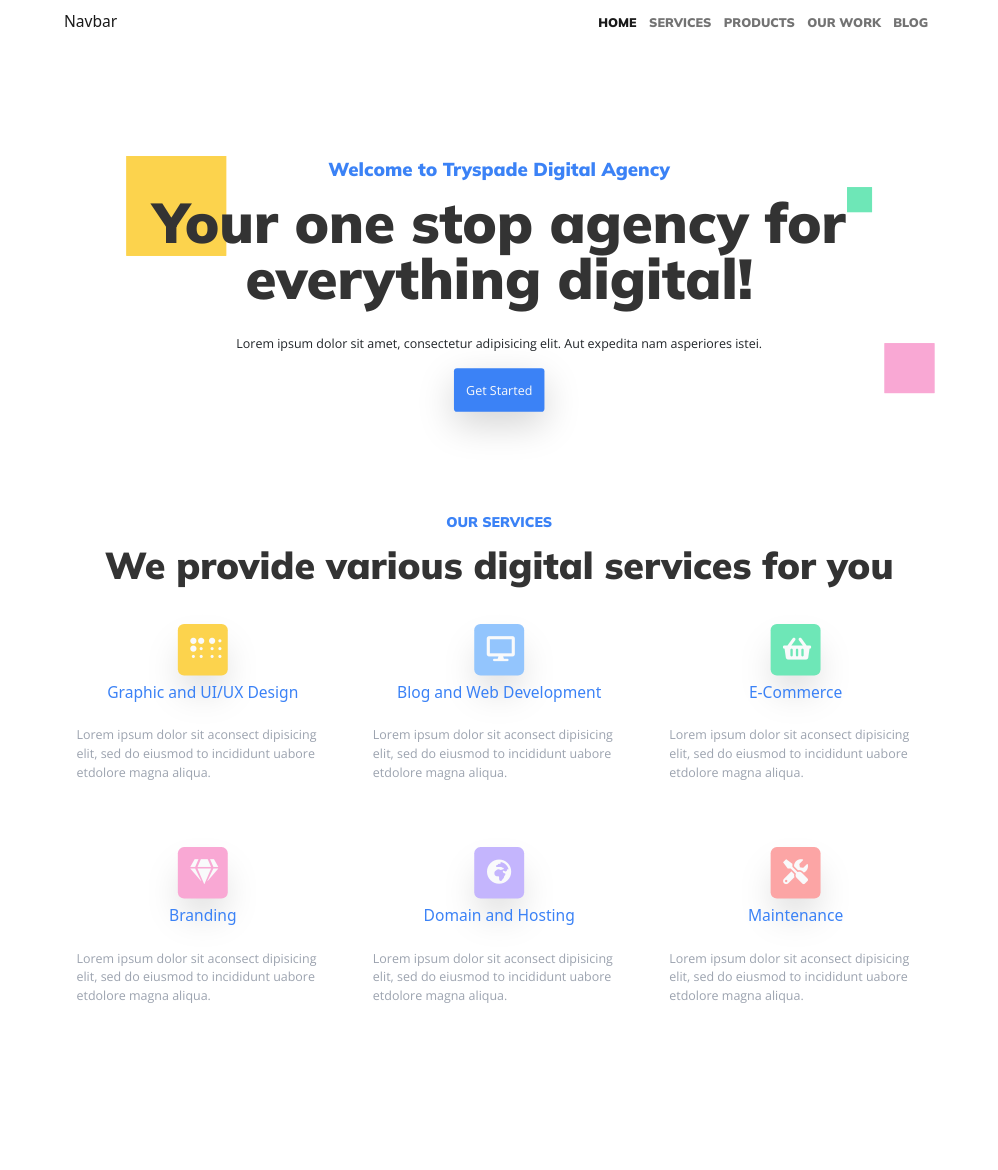
Repository: latenightsnacc/super-octo-fortnight
Page: index.html
An editor plug-in stored every save of this project. The page is shown before and after the next save, followed by the edit.
The browser window is 1280 px wide. The pictures show the whole page, at 78% of full size.
Some web libraries are served in a nearby version. The style sheet was rebuilt from its Sass, Less or Tailwind sources for each picture, by a compiler version that may differ from the author's.

Above is the page before, as saved 2021-01-29 14:07:11.

After the next save:
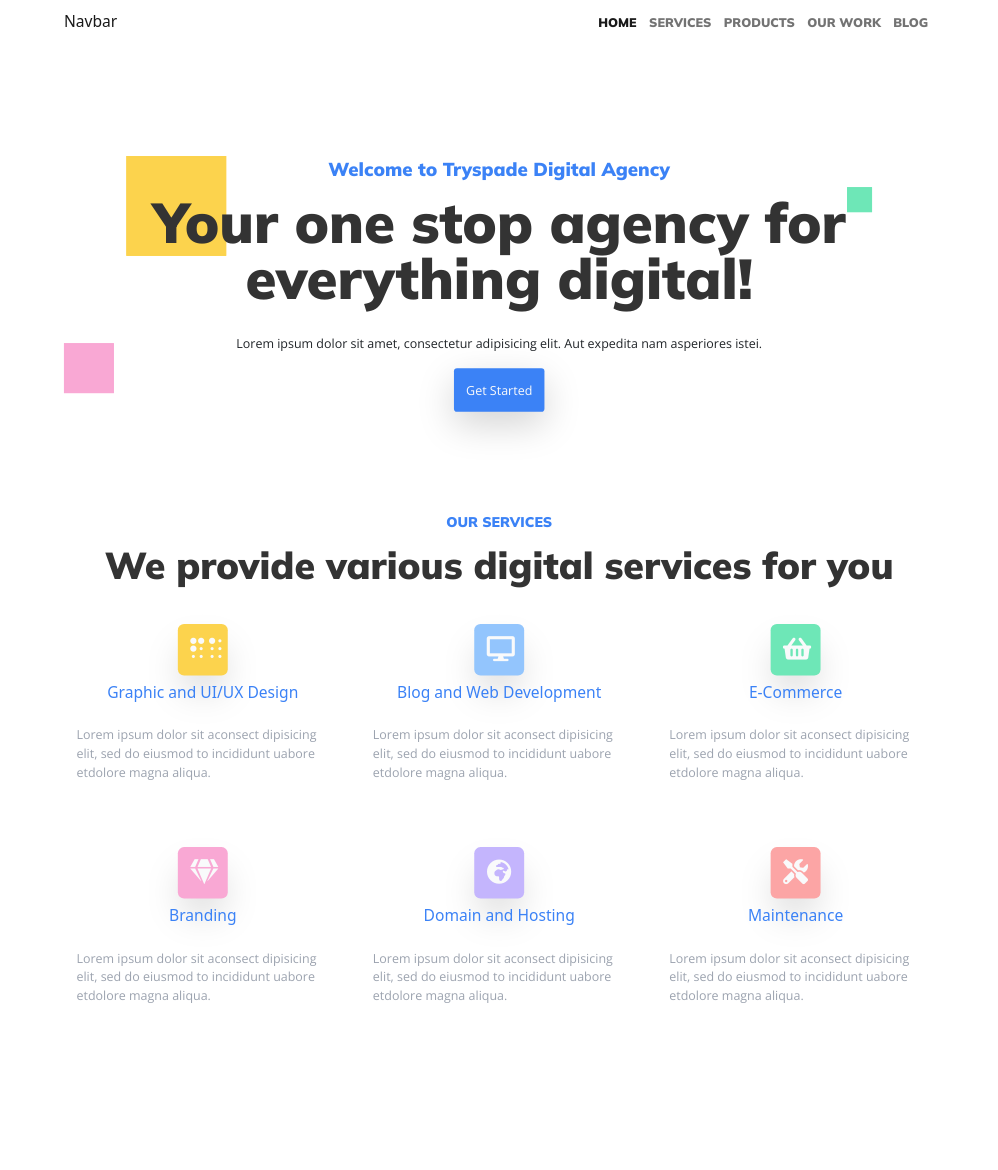
Saved 12 s later.
--- a/index.html
+++ b/index.html
@@ -66,7 +66,7 @@
                         <div class="z-0 border-2 border-green-300 bg-green-300 w-8 h-8"></div>
                     </div>
 
-                    <div class="absolute top-60 right-0">
+                    <div class="absolute top-60 left-0">
                         <div class="z-0 border-2 border-pink-300 bg-pink-300 w-16 h-16"></div>
                     </div>
                     <div class="flex justify-center">
